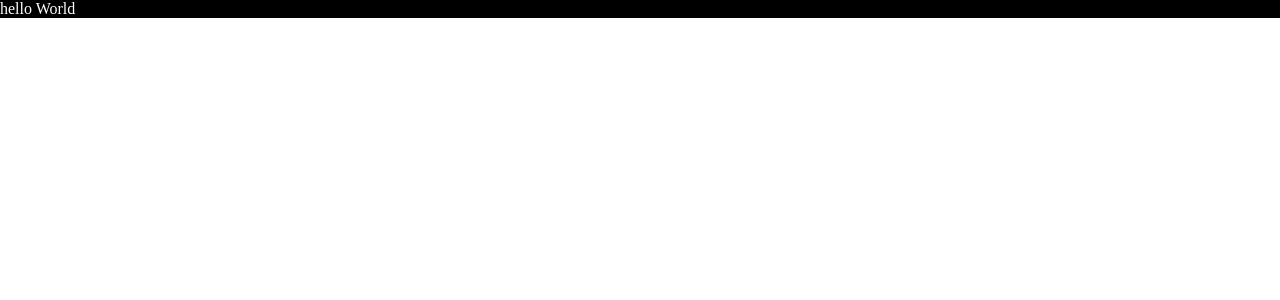
Repository: thanhsonnguyen-gif/f8-learn
Page: index.html
The author's editor kept a copy of each file at every save. The page is drawn from the files as they stood at one save, then again after the next save.
The browser window is 1280 px wide. The pictures show the whole page.

Above is the page before, as saved 2022-06-23 09:07:35.

### index.html
<!DOCTYPE html>
<html lang="en">
<head>
    <meta charset="UTF-8">
    <meta http-equiv="X-UA-Compatible" content="IE=edge">
    <meta name="viewport" content="width=device-width, initial-scale=1.0">
    <title>Document</title>
    <link rel="stylesheet" href="./assets/css/style.css">
</head>
<body>
    <div id="main">
        <div id="header">
hello World
        </div>
        <div id="slide">

        </div>
        <div id="content">

        </div>
        <div id="footer">

        </div>
    </div>
</body>
</html>

### assets/css/style.css
*{
    padding: 0;
    margin: 0;
    box-sizing: border-box;
}

#main {

}

#header {
background-color: #000;
color: #fff;
}

#slide {

}

#content {

}

#footer {

}

After the next save:
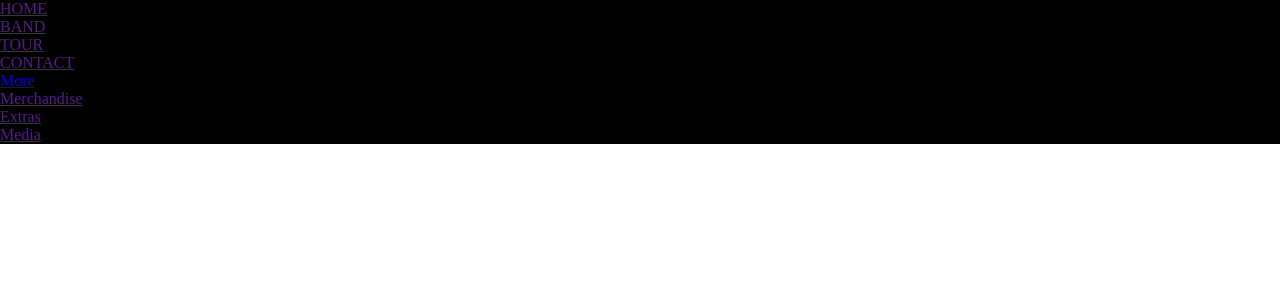
Saved 33 min 12 s later.
--- a/index.html
+++ b/index.html
@@ -10,7 +10,20 @@
 <body>
     <div id="main">
         <div id="header">
-hello World
+            <ul id="nav">
+                <li><a href="">HOME</a></li>
+                <li><a href="">BAND</a></li>
+                <li><a href="">TOUR</a></li>
+                <li><a href="">CONTACT</a></li>
+                <li>
+                    <a href="#">More</a>
+                    <ul class="subnav">
+                        <li><a href="">Merchandise</a></li>
+                        <li><a href="">Extras</a></li>
+                        <li><a href="">Media</a></li>
+                    </ul>
+                </li>
+            </ul>
         </div>
         <div id="slide">
 
